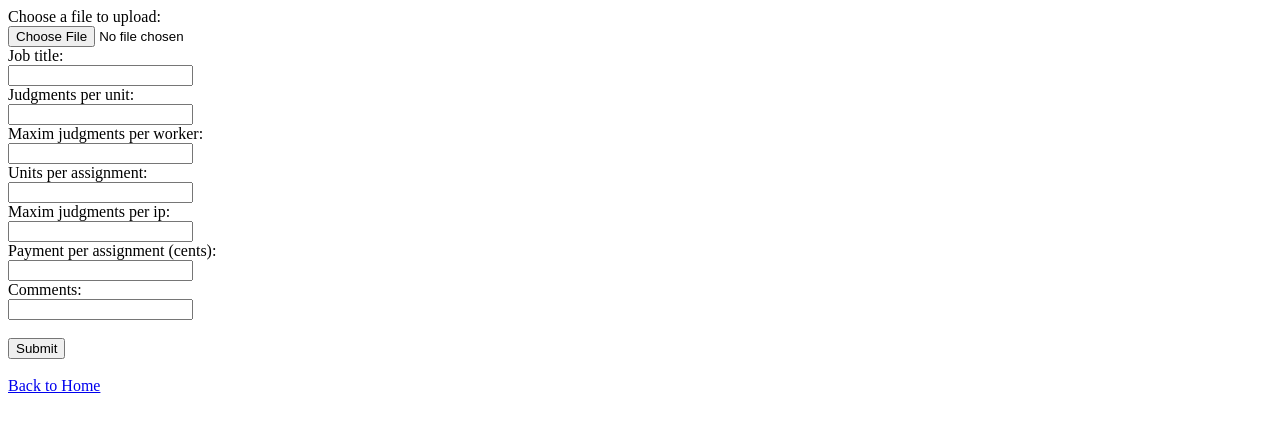
Repository: laroyo/watsonc
Page: http://localhost/oana/index.php
An editor plug-in stored every save of this project. The page is shown before and after the next save, followed by the edit.
The browser window is 1280 px wide. The pictures show the whole page.
The page is run by PHP 8.4 with error messages shown; the project is at /var/www/html/.

Above is the page before, as saved 2013-03-06 09:58:56.

### GUI/stift7/hui/oana/index.php
<html>
<head>
<title> Create a CrowdFlower job </title>
</head>
<body>
<form enctype="multipart/form-data" action="/oana/indexcrowdflower.php" method="POST">
<div class="borderframe"  >
	<div class="labelfield">Choose a file to upload:</div>
	<div class="inputfield"><input name="uploadedfile" type="file"  /></div>
	<div class="labelfield">Job title:</div>
	<div class="inputfield"><input type="text" name="title" /></div>
	<div class="labelfield">Judgments per unit:</div>
	<div class="inputfield"><input type="text" name="judgments_per_unit" /></div>
	<div class="labelfield">Maxim judgments per worker:</div>
	<div class="inputfield"><input type="text" name="max_judgments_per_worker" /></div>
	<div class="labelfield">Units per assignment:</div>
	<div class="inputfield"><input type="text" name="units_per_assignment" /></div>
	<div class="labelfield">Maxim judgments per ip:</div>
	<div class="inputfield"><input type="text" name="max_judgments_per_ip" /></div>
	<div class="labelfield">Payment per assignment (cents):</div>
	<div class="inputfield"><input type="text" name="payment" /></div>
	<div class="labelfield" title = "The purposes or notes of creating the job">Comments:</div>
	<div class="inputfield"><input type="comment" name="job_comment" /></div>
	<div class="labelfield">&nbsp;</div>
	<div class="inputfield"><input type="submit" value="Submit" /></div>
	<div class="labelfield">&nbsp;</div>
	<div class="inputfield"><a href="../index.php">Back to Home</a></div>
	</div>
</form>
</body>
</html>

After the next save:
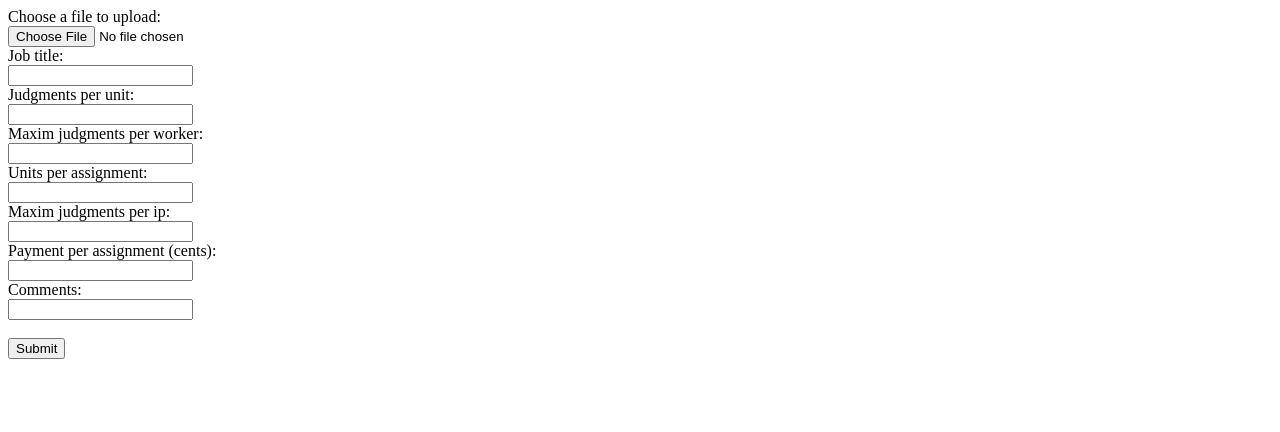
Saved 30 s later.
--- a/GUI/stift7/hui/oana/index.php
+++ b/GUI/stift7/hui/oana/index.php
@@ -23,8 +23,6 @@
 	<div class="inputfield"><input type="comment" name="job_comment" /></div>
 	<div class="labelfield">&nbsp;</div>
 	<div class="inputfield"><input type="submit" value="Submit" /></div>
-	<div class="labelfield">&nbsp;</div>
-	<div class="inputfield"><a href="../index.php">Back to Home</a></div>
 	</div>
 </form>
 </body>
